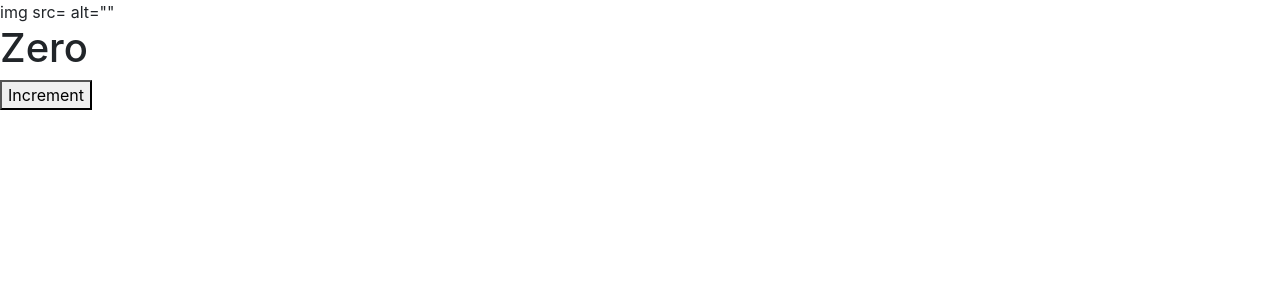
Repository: smk87/First-React-App
Page: /
An editor plug-in stored every save of this project. The page is shown before and after a run of saves, followed by the edit.
The browser window is 1280 px wide. The pictures show the whole page.
The project was rebuilt for these pictures with package versions that can differ from the ones it lists, and the page was loaded fresh each time. Also part of the build but not shown: src/App.css, src/App.js.

Above is the page before, as saved 2019-01-04 20:33:32.

After the next 3 saves:
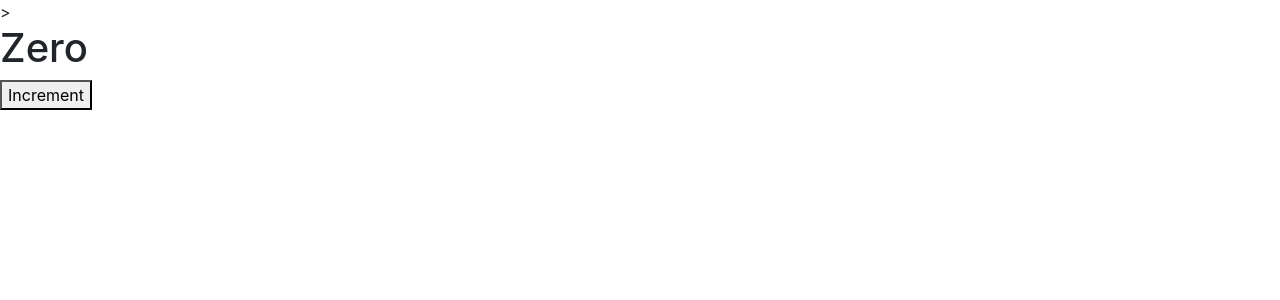
The 3 saves are shown as one change because 2 did not build or start.
The last was saved 86 s later.
--- a/src/components/counter.jsx
+++ b/src/components/counter.jsx
@@ -2,13 +2,13 @@ import React, { Component } from "react";
 
 class Counter extends Component {
   state = {
-    count: 0
+    count: 0,
+    imageUrl: "https://picsum.photos/200"
   };
   render() {
     return (
       <div>
-        img src={} alt=""
-        <h1>{this.formatCount()}</h1>
+        <img />><h1>{this.formatCount()}</h1>
         <button>Increment</button>
       </div>
     );
